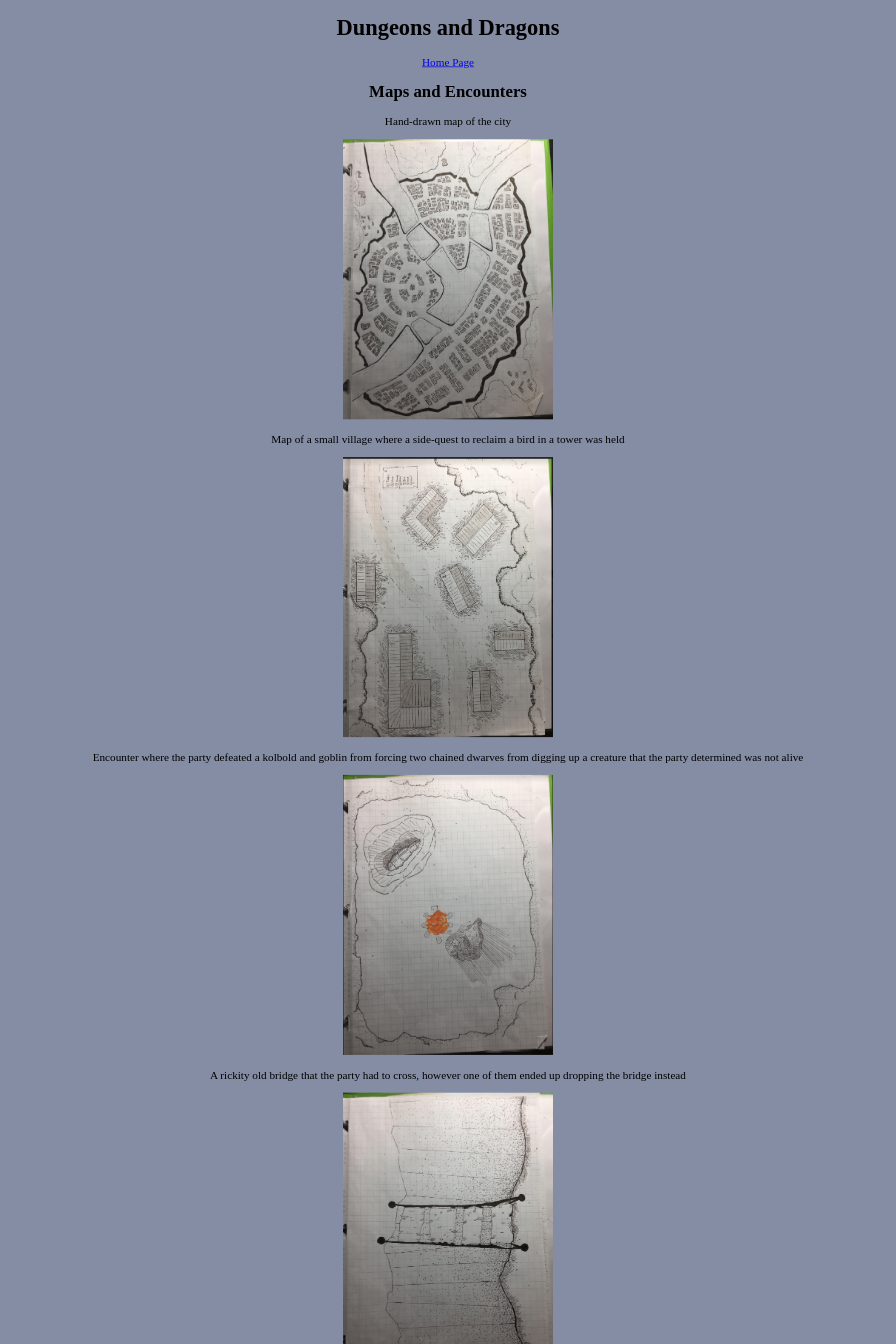
Repository: MaiJun21/MaiJun21.github.io
Page: dnd.html
The author's editor kept a record of every edit. The page is drawn from the files as they stood at one moment, then again after the next edit.
The browser window is 1280 px wide. The pictures show the part of the page from y = 0 to 1920 px (the page is 2478 px tall before and 2704 px after), at 70% of full size.

Above is the page before.

### dnd.html
<!DOCTYPE html>
<html>
     <style>
    body{
        background-image: url('images/bg.png');
    }
    </style>
<head>
<title>Page Title</title>
</head>
<center>
<body>

<h1 style="text-align:center;">Dungeons and Dragons</h1>
<a href="index.html">Home Page</a>

<h2 style="dnd/text-align:center;">Maps and Encounters</h2>
<p>Hand-drawn map of the city</p>

<img src="dnd/city.PNG" alt="Map of City" width="300" height="400">
<p>Map of a small village where a side-quest to reclaim a bird in a tower was held</p>

<img src="dnd/bub_town.PNG" alt="Map of Small Village" width="300" height="400">
<p>Encounter where the party defeated a kolbold and goblin from forcing two chained
dwarves from digging up a creature that the party determined was not alive</p>

<img src="dnd/thing_encounter.PNG" alt="Free Dwarves Encounter" width="300" height="400">
<p>A rickity old bridge that the party had to cross, however one of them
ended up dropping the bridge instead</p>

<img src="dnd/bridge_encounter.PNG" alt="Bridge Encounter" width="300" height="400">





<br>
<h2 style="text-align:center;">Dungeon Designs</h2>
<p>This was a rough draft of the outlines and notes of a dungeon set in a forest
for a campaign</p>
<img src="dnd/forest_dungeon.PNG" alt="Initial Designs of a Forest Dungeon" width="300" height="400">

</body>
</center>
</html>

After the next edit:
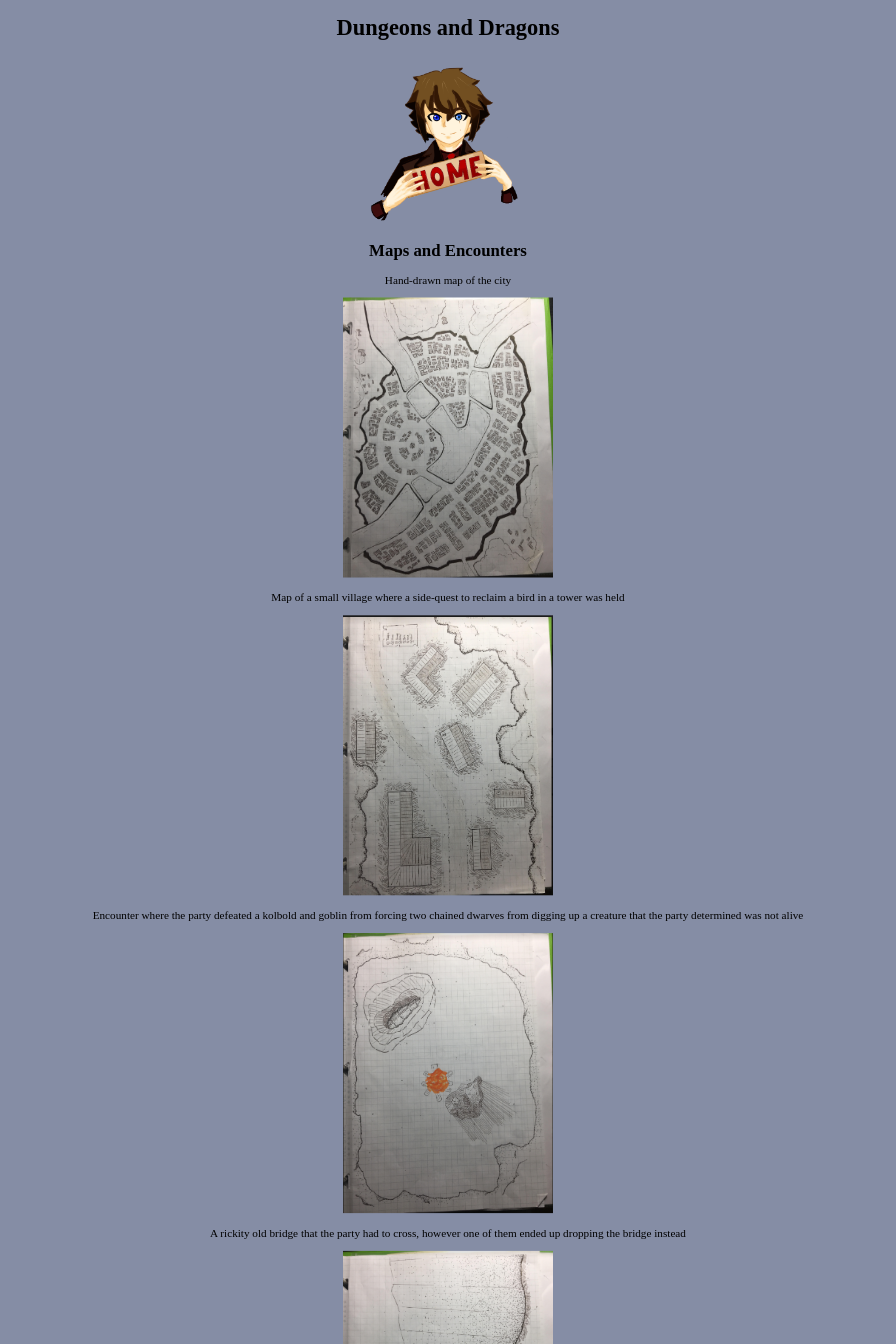
The edit:
--- a/dnd.html
+++ b/dnd.html
@@ -12,7 +12,7 @@
 <body>
 
 <h1 style="text-align:center;">Dungeons and Dragons</h1>
-<a href="index.html">Home Page</a>
+<a href="index.html"> <img src="icons/ladon_home.png" width="260" height="240" alt="Home Page"></a>
 
 <h2 style="dnd/text-align:center;">Maps and Encounters</h2>
 <p>Hand-drawn map of the city</p>
